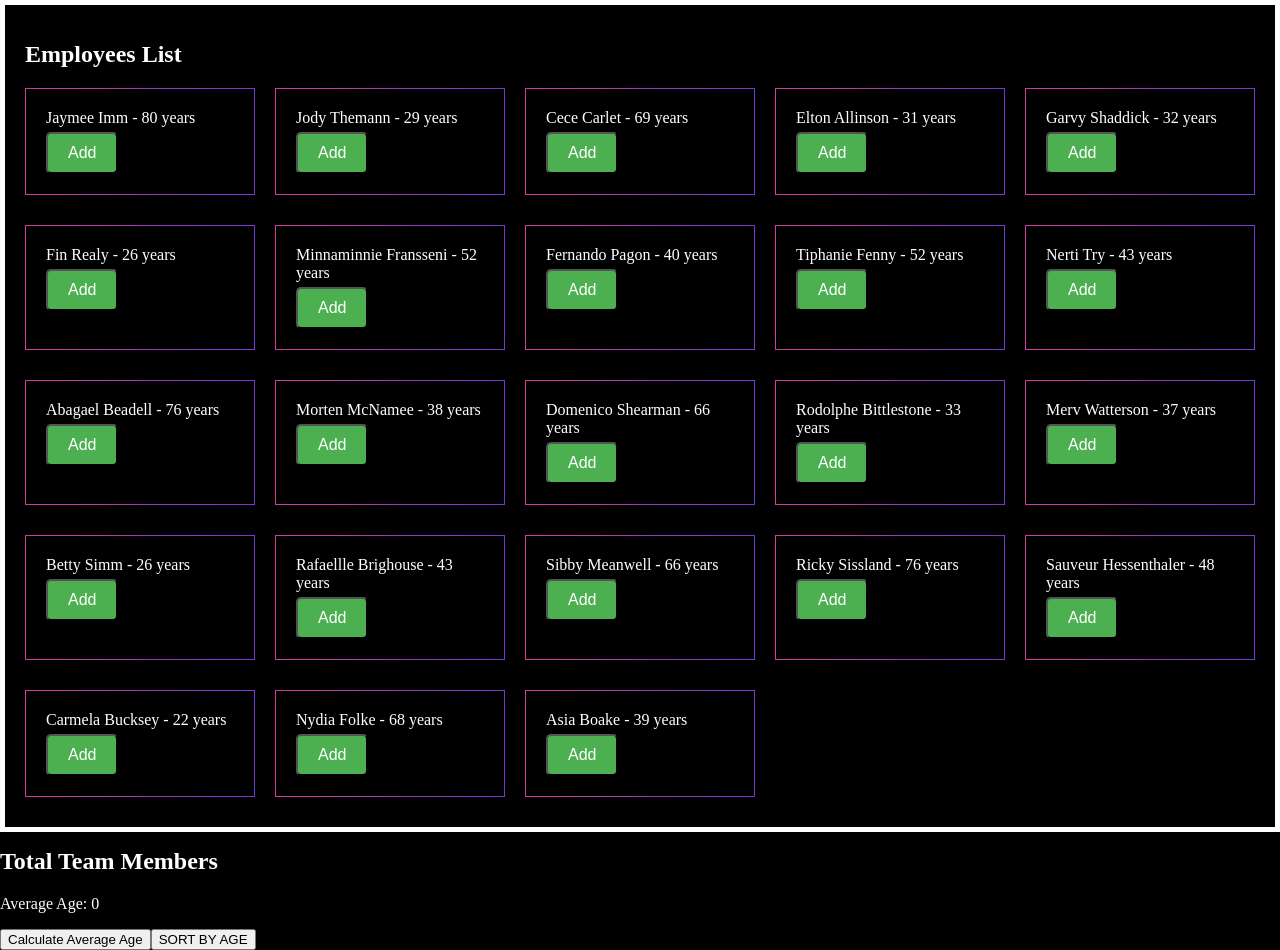
Repository: sriram1224/Teams-list
Page: /
These files come from the project's save history. The page is drawn as it stood at one moment and after the next save; the edit follows.
The browser window is 1280 px wide. The pictures show the whole page.
The project was rebuilt for these pictures with package versions that can differ from the ones it lists, and the page was loaded fresh each time.

Above is the page before, as saved 2024-03-27 00:13:18.

After the next save:
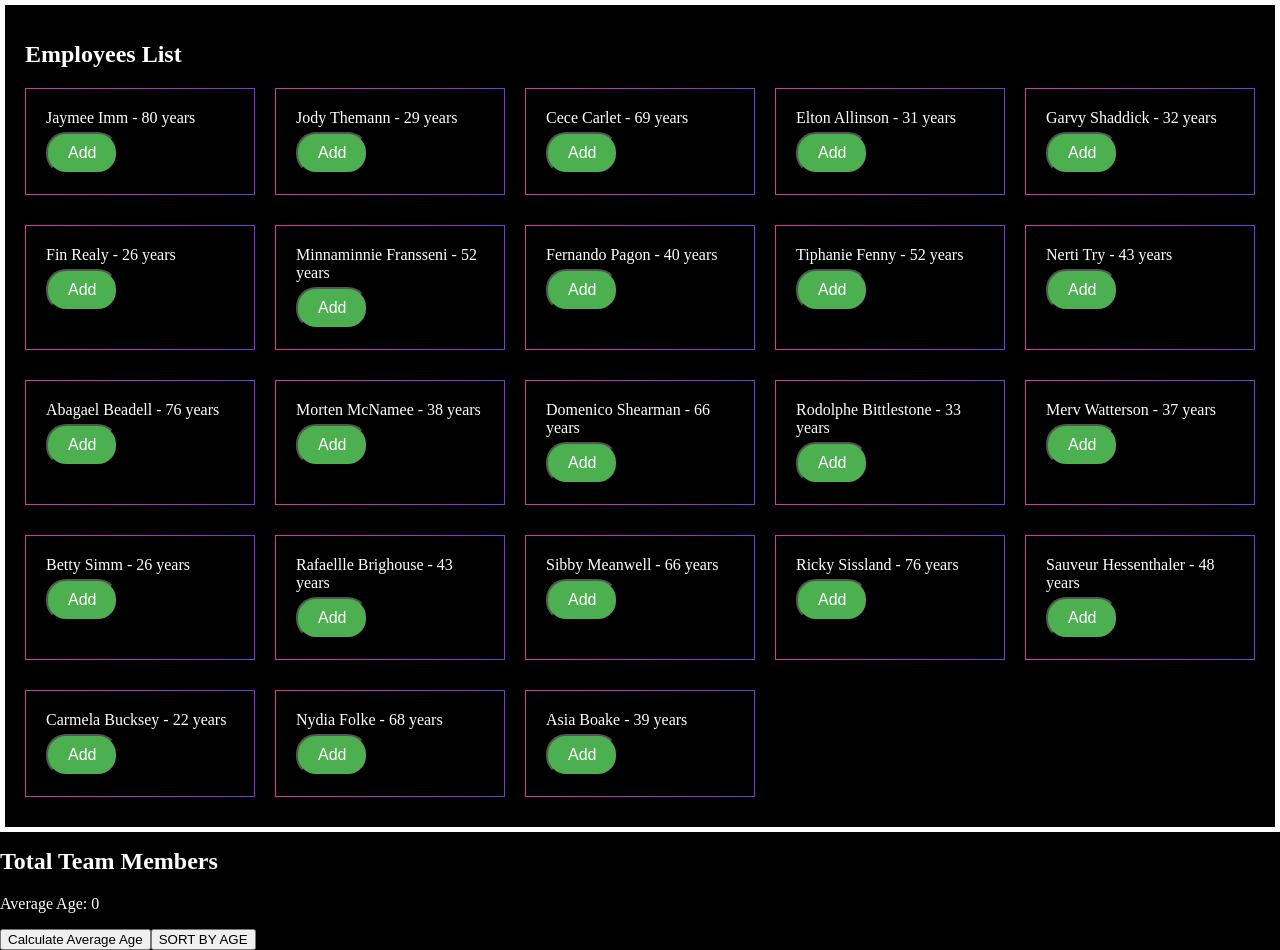
Saved 26 s later.
--- a/src/list.css
+++ b/src/list.css
@@ -32,7 +32,7 @@
 .add-button {
     background-color: #4CAF50;
     /* Green */
-    border-radius:5px;
+    border-radius:20px;
     color: white;
     padding: 10px 20px;
     text-align: center;
